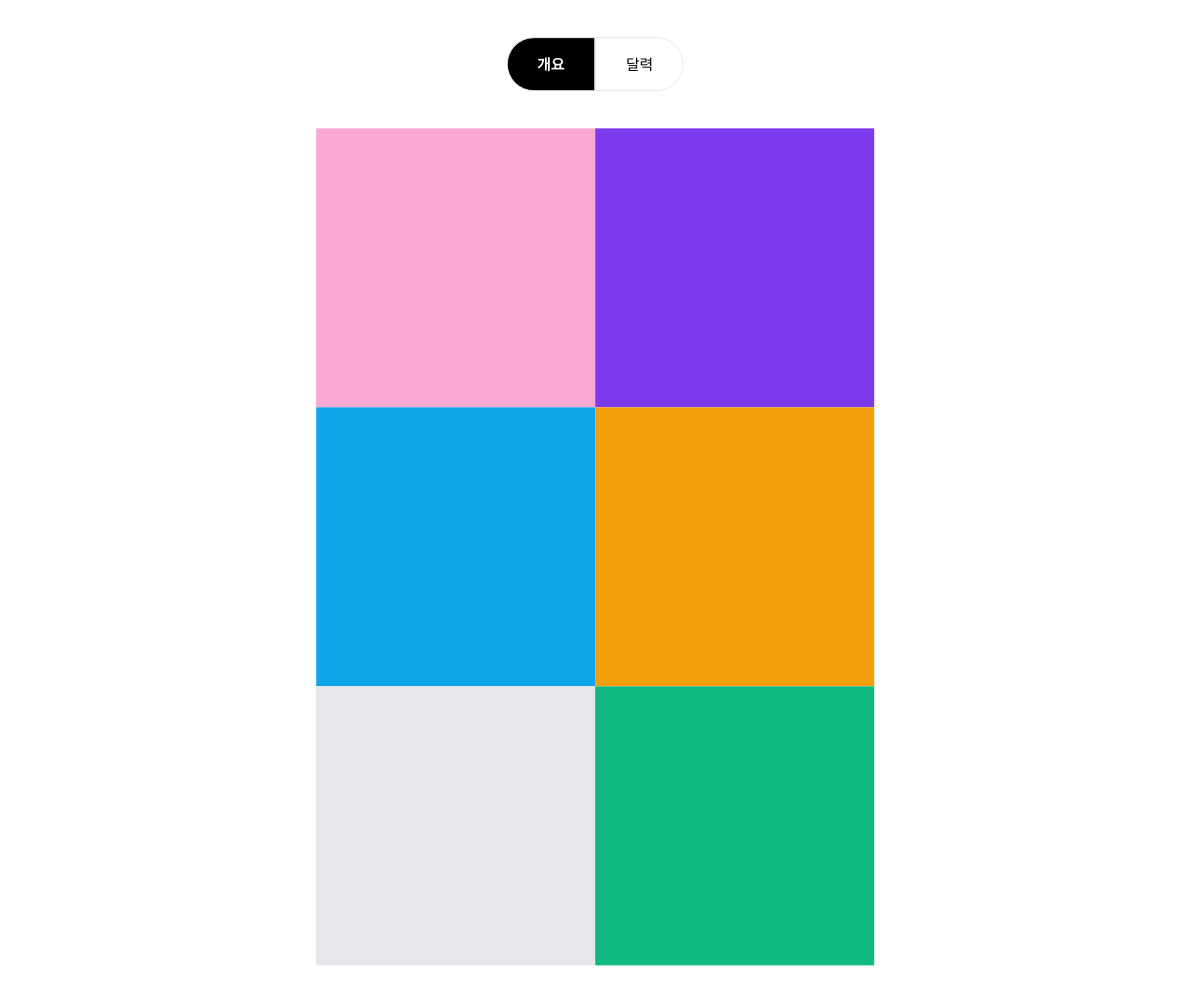
Repository: honey-punch/my-alcohol
Page: /
An editor plug-in stored every save of this project. The page is shown before and after the next save, followed by the edit.
The browser window is 1280 px wide. The pictures show the whole page, at 93% of full size.
The project was rebuilt for these pictures with package versions that can differ from the ones it lists, and the page was loaded fresh each time. The framework's server and built-in components were replaced by stand-ins that run in the browser. Also part of the build but not shown: next.config.ts, src/app/_component/Calendar.tsx.

Above is the page before, as saved 2025-02-10 15:44:54.

After the next save:
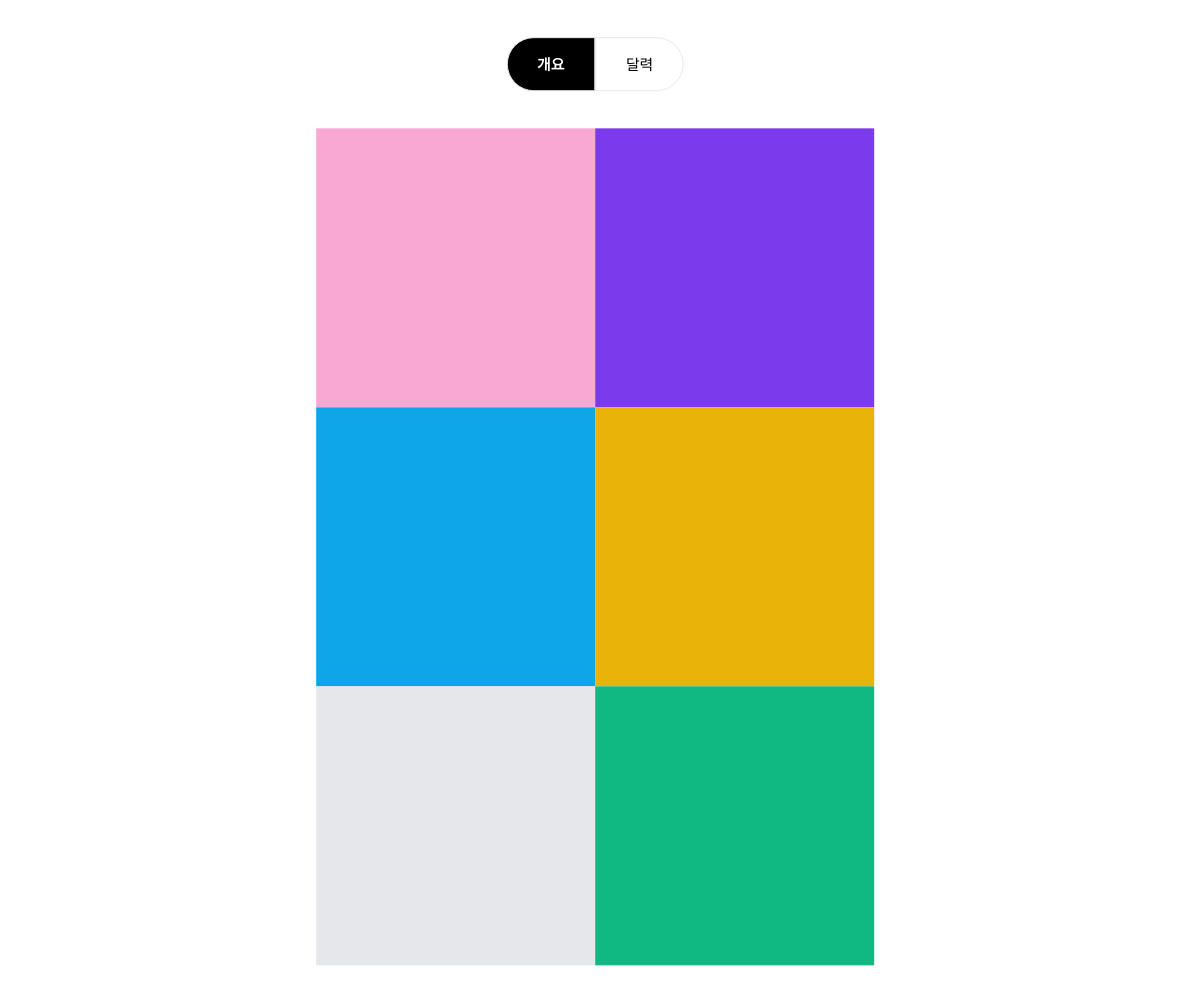
Saved 4 s later.
--- a/src/app/_component/Summary.tsx
+++ b/src/app/_component/Summary.tsx
@@ -40,7 +40,7 @@ export default function Summary() {
       ></div>
       <div
         style={{ width: `${BOX_SIZE}px`, height: BOX_SIZE }}
-        className="bg-amber-500"
+        className="bg-yellow-500"
       ></div>
       <div
         style={{ width: `${BOX_SIZE}px`, height: BOX_SIZE }}
